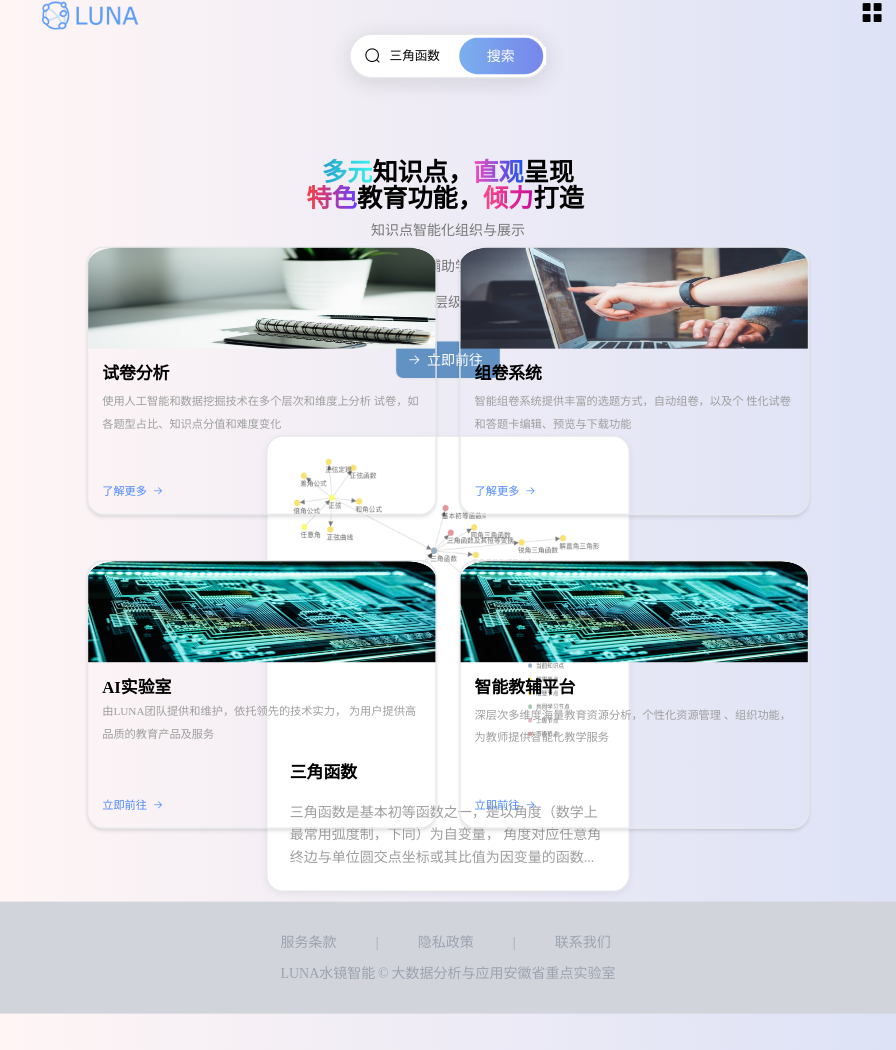
Repository: xydzy1/vue-start
Page: /
An editor plug-in stored every save of this project. The page is shown before and after the next save, followed by the edit.
The browser window is 1280 px wide. The pictures show the part of the page from y = 0 to 1920 px (the page is 1500 px tall before and 4352 px after), at 70% of full size.
The project was rebuilt for these pictures with package versions that can differ from the ones it lists, and the page was loaded fresh each time. Also part of the build but not shown: vite.config.js, vue.config.cjs, src/assets/part1.css.

Above is the page before, as saved 2023-08-11 17:42:31.

After the next save:
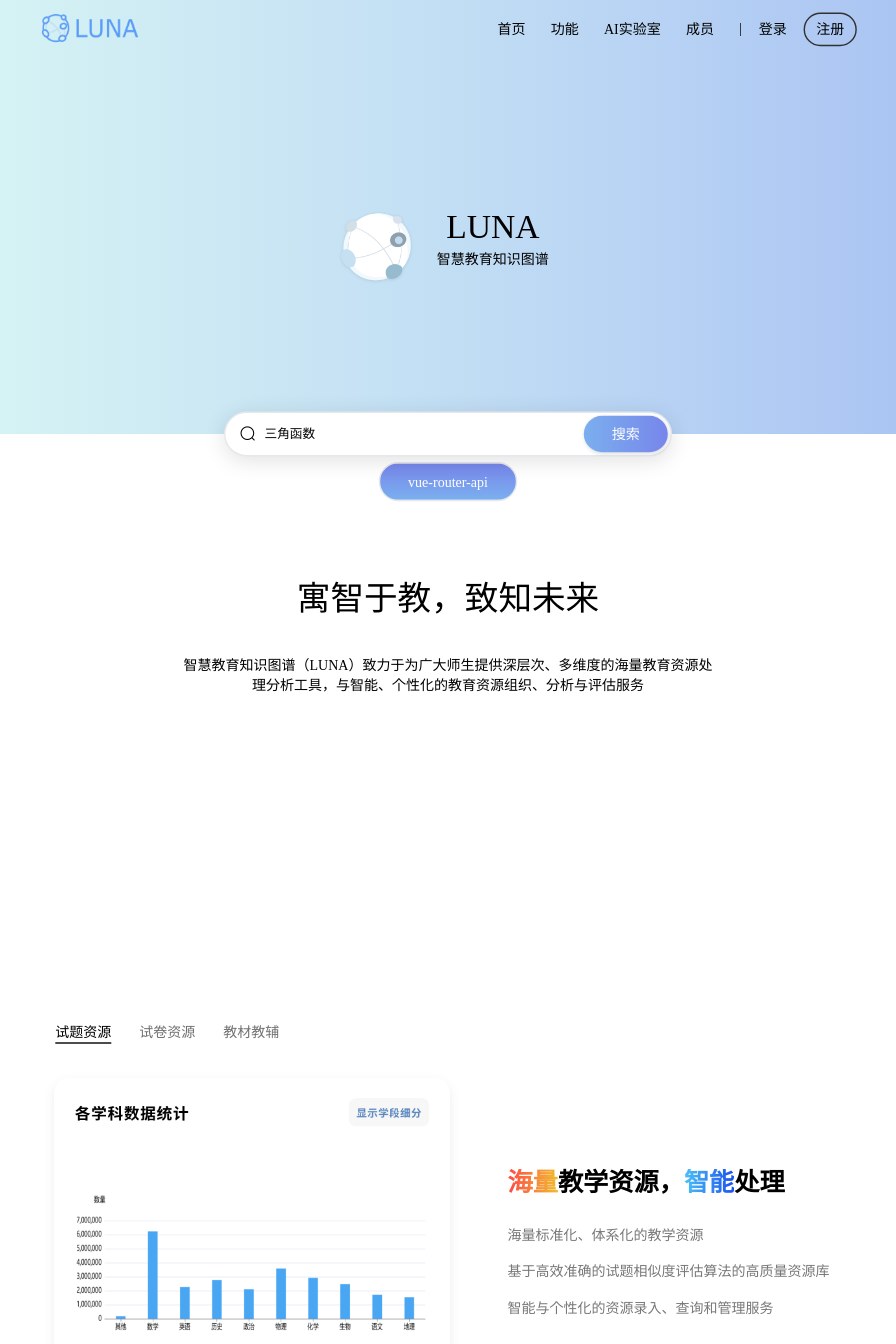
Saved 58 s later.
--- a/tailwind.config.cjs
+++ b/tailwind.config.cjs
@@ -14,7 +14,9 @@ module.exports = {
         login_cborder: '#313131',
         p1_cbutton1: '#7BAFEE',
         p1_cbutton2: '#7786EB',
-        p2_cbutton: '#766AD4',
+        p2_cbutton1: '#766AD4',
+        p2_cbutton2: '#D46A6A',
+        p2_cbutton3: '#6A91D4',
         p3_cbutton: '#6291C4',
         p4_cbutton: '#4E89FF',
         //text color
@@ -22,6 +24,7 @@ module.exports = {
         p2_cword1_2: '#F0BC2D',
         p2_cword2_1: '#4CC1F7',
         p2_cword2_2: '#1A52EE',
+        p2_cword3: '#707070',
         p3_cword1_1: '#23A1CB',
         p3_cword1_2: '#3AF4EB',
         p3_cword2_1: '#F74CBE',
@@ -39,30 +42,44 @@ module.exports = {
       },
       boxShadow: {
         'p1_shadow': '0px 6px 32px 0px rgba(0, 0, 0, 0.12)',
+        'p1_shadow2': '1px 2px 6px 0px rgba(0, 0, 0, 0.08)',
         'p3_shadow': '0px 4px 12px 0px rgba(0, 0, 0, 0.06)',
       },
       spacing:{
         '11': '44px',
         '15': '60px',
+        'nav_py': '17.5px',
+        'search_frame_my': '19px',
+        '4.5': '22px',
+        '25': '100px',
         '41.5': '166px',
         '45': '180px',
+        '50': '200px',
+        'logo_bottom': '202px',
         '66': '264px',
-        '110': '440px',
+        'search_frame_narrow' : '320px',
+        'search_frame_wide': '440px',
         '114': '456px',
         '125': '500px',
         '130': '520px',
         '140': '560px',
         '152.5': '610px',
+        'p1_1_wh': '620px',
+        'p1_1_nh': '660px',
+        'p1_2_wh' : '632px',
+        'p1_2_nh' : '592px',
         '160': '640px',
         '760': '760px',
         '1000': '1000px',
+        'p4_h': '1160px',
         '1280': '1280px',
         '1500': '1500px',
-        '2100': '2100px',
-        '3100': '3100px',
-        '3600': '3600px',
-        '4100': '4100px',
-        '4600': '4600px',
+        'p2_mt': '1252px',
+        'p3_mt1': '2352px',
+        'p3_mt2': '2852px',
+        'p4_mt1': '3352px',
+        'p4_mt2': '4352px',
+        'p4_mt3': '5352px',
         '3/5': '60%',
         '1/7': '14.2857143%',
         '1/8': '12.5%',
@@ -79,8 +96,11 @@ module.exports = {
         '4.5': ['18px', '26px'],
       },
       lineHeight: {
-        '12': '3rem'
-      }
+        '12': '3rem',
+      },
+      screens: {
+        'minw': '1200px',
+      },
     },
   },
   variants: {
